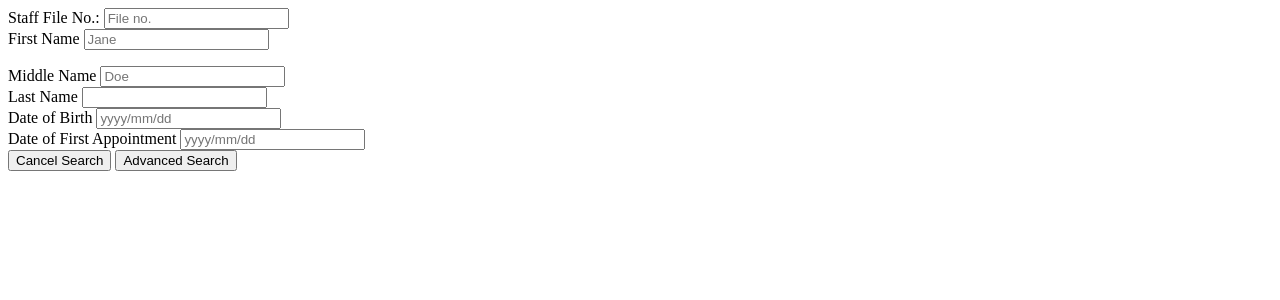
Repository: aknessy/office-helper
Page: http://localhost/app/Views/home/manual.php
These files come from the project's save history. The page is drawn as it stood at one moment and after the next save; the edit follows.
The browser window is 1280 px wide. The pictures show the whole page.
The page is run by PHP 8.4 with error messages shown; the project is at /var/www/html/.

Above is the page before, as saved 2023-08-06 01:27:37.

### app/Views/home/manual.php

<form action="" method="post" class="w-full">
    <div class="bg-white w-full rounded-lg mb-6 py-3 px-3">
        <div class="flex flex-wrap mb-3">
            <div class="w-full px-3">
                <label class="block uppercase tracking-wide text-gray-700 text-xs font-bold mb-2" for="grid-file-no">
                    Staff File No.:
                </label>
                <input class="appearance-none block border rounded bg-gray-200 w-full py-2 px-2 text-gray-700 text-sm font-italic font-light leading-tight focus:outline-none focus:bg-white focus:border-gray-500" id="grid-file-no" name="file_num" type="text" placeholder="File no.">
            </div>
        </div>
        <div class="flex flex-wrap mb-3">
            <div class="w-full md:w-1/3 px-3 md:mb-0">
                <label class="block uppercase tracking-wide text-gray-700 text-xs font-bold mb-2" for="grid-first-name">
                    First Name
                </label>
                <input class="appearance-none block w-full bg-gray-200 text-gray-700 border border-red-500 rounded py-2 px-2 leading-tight focus:outline-none focus:bg-white" id="grid-first-name" type="text"  name="firstname" placeholder="Jane">
                <p class="text-red-500 text-xs italic"></p>
            </div>
            <div class="w-full md:w-1/3 px-3">
                <label class="block uppercase tracking-wide text-gray-700 text-xs font-bold mb-2" for="grid-middle-name">
                    Middle Name
                </label>
                <input class="appearance-none block w-full bg-gray-200 text-gray-700 border border-gray-200 rounded py-2 px-2 leading-tight focus:outline-none focus:bg-white focus:border-gray-500" id="grid-middle-name" type="text" name="middlename" placeholder="Doe">
            </div>
            <div class="w-full md:w-1/3 px-3">
                <label class="block uppercase tracking-wide text-gray-700 text-xs font-bold mb-2" for="grid-last-name">
                    Last Name
                </label>
                <input class="appearance-none block w-full bg-gray-200 text-gray-700 border border-gray-200 rounded py-2 px-2 leading-tight focus:outline-none focus:bg-white focus:border-gray-500" id="grid-last-name" type="text" name="lastname placeholder="Tom">
            </div>
        </div>
        <div class="flex flex-wrap mb-8">
            <div class="w-full md:w-1/2 px-3 md:mb-0">
                <label class="block uppercase tracking-wide text-gray-700 text-xs font-bold mb-2" for="grid-dob">
                    Date of Birth
                </label>
                <input class="datepicker-widget appearance-none block w-full bg-gray-200 text-gray-700 border border-gray-200 rounded py-2 px-2 leading-tight focus:outline-none focus:bg-white focus:border-gray-500" id="grid-dob" type="text" name="dob" placeholder="yyyy/mm/dd">
            </div>
            <div class="w-full md:w-1/2 px-3 md:mb-0">
                <label class="block uppercase tracking-wide text-gray-700 text-xs font-bold mb-2" for="grid-dofa">
                    Date of First Appointment
                </label>
                <input class="datepicker-widget appearance-none block w-full bg-gray-200 text-gray-700 border border-gray-200 rounded py-2 px-2 leading-tight focus:outline-none focus:bg-white focus:border-gray-500" id="grid-dofa" type="text" name="first_appt" placeholder="yyyy/mm/dd">
            </div>
        </div>

        <div class="flex flex-wrap justify-between w-full px-3 mb-4">
            <button type="reset" class=" w-full md:w-1/2 hover:bg-gray-100 text-gray-600 py-2 px-4 hover:rounded-l=md">Cancel Search</button>
            <button type="submit" class="w-full md:w-1/2 bg-teal-400 hover:bg-teal-500 font-semibold text-white hover:text-dark font-sans py-2 px-4 rounded-md">Advanced Search</button>
        </div>
    </div>
</form>

After the next save:
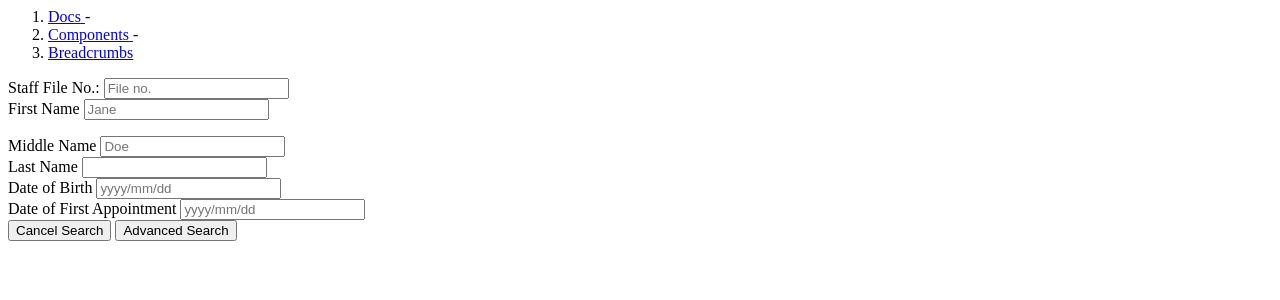
Saved 5 s later.
--- a/app/Views/home/manual.php
+++ b/app/Views/home/manual.php
@@ -1,4 +1,33 @@
-
+<div class="w-max text-left">
+  <nav aria-label="breadcrumb" class="w-max">
+    <ol class="flex w-full flex-wrap items-center rounded-md bg-blue-gray-50 bg-opacity-60 py-2 px-4">
+      <li class="flex cursor-pointer items-center font-sans text-sm font-normal leading-normal text-blue-gray-900 antialiased transition-colors duration-300 hover:text-pink-500">
+        <a class="opacity-60" href="#">
+          <span>Docs</span>
+        </a>
+        <span class="pointer-events-none mx-2 select-none font-sans text-sm font-normal leading-normal text-blue-gray-500 antialiased">
+          -
+        </span>
+      </li>
+      <li class="flex cursor-pointer items-center font-sans text-sm font-normal leading-normal text-blue-gray-900 antialiased transition-colors duration-300 hover:text-pink-500">
+        <a class="opacity-60" href="#">
+          <span>Components</span>
+        </a>
+        <span class="pointer-events-none mx-2 select-none font-sans text-sm font-normal leading-normal text-blue-gray-500 antialiased">
+          -
+        </span>
+      </li>
+      <li class="flex cursor-pointer items-center font-sans text-sm font-normal leading-normal text-blue-gray-900 antialiased transition-colors duration-300 hover:text-pink-500">
+        <a
+          class="font-medium text-blue-gray-900 transition-colors hover:text-pink-500"
+          href="#"
+        >
+          Breadcrumbs
+        </a>
+      </li>
+    </ol>
+  </nav>
+</div>
 <form action="" method="post" class="w-full">
     <div class="bg-white w-full rounded-lg mb-6 py-3 px-3">
         <div class="flex flex-wrap mb-3">
